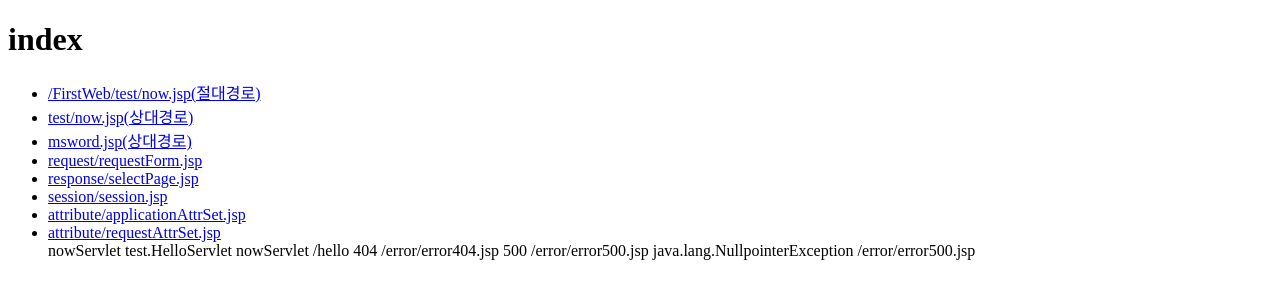
Repository: 2hundred2ne2/bit
Page: http://localhost/First_Web/
An editor plug-in stored every save of this project. The page is shown before and after the next save, followed by the edit.
The browser window is 1280 px wide. The pictures show the whole page.
The page is served by Tomcat 9.

Above is the page before, as saved 2020-12-17 05:01:35.

After the next save:
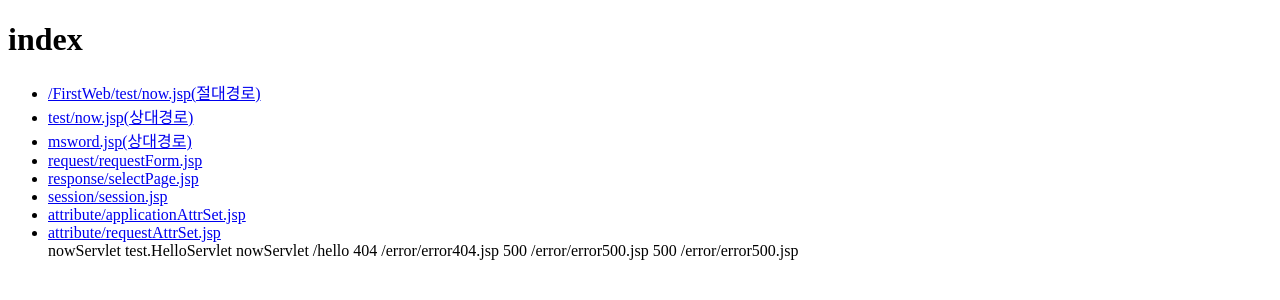
Saved 103 min 49 s later.
--- a/JSP_PROJECT/First_Web/WebContent/index.jsp
+++ b/JSP_PROJECT/First_Web/WebContent/index.jsp
@@ -19,7 +19,6 @@
 		<li><a href="attribute/applicationAttrSet.jsp">attribute/applicationAttrSet.jsp</a></li>
 		<li><a href="attribute/requestAttrSet.jsp">attribute/requestAttrSet.jsp</a></li>
 
-
 		<!--
   			서블릿 등록
   			서블릿 이름, 서블릿 클래스의 풀 네임
@@ -40,7 +39,7 @@
 			<location>/error/error500.jsp</location>
 		</error-page>
 		<error-page>
-			<error-code>java.lang.NullpointerException</error-code>
+			<error-code>500</error-code>
 			<location>/error/error500.jsp</location>
 		</error-page>
 
